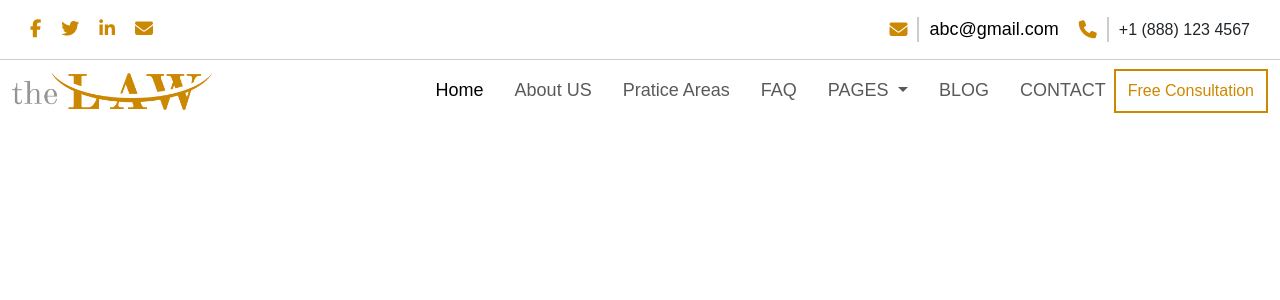
Repository: arehmanraza/lawyer_website
Page: Pages/index.html
These files come from the project's save history. The page is drawn as it stood at one moment and after the next save; the edit follows.
The browser window is 1280 px wide. The pictures show the whole page.
Some web libraries are served in a nearby version.

Above is the page before, as saved 2024-05-22 01:53:37.

After the next save:
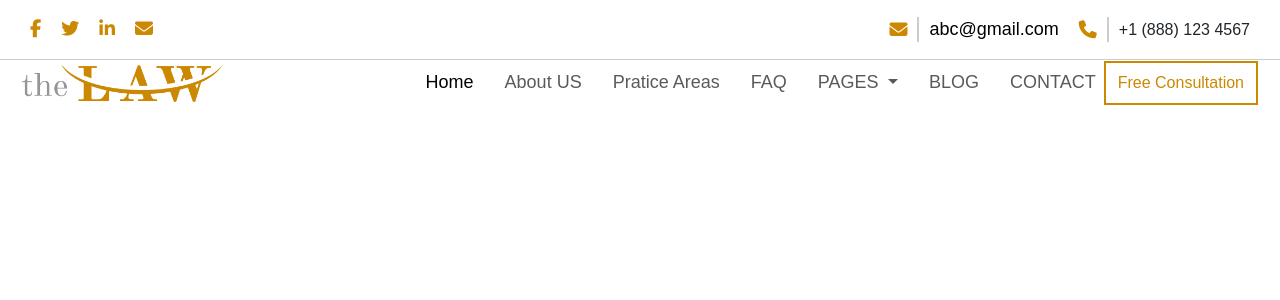
Saved 9 s later.
--- a/Styling/style.css
+++ b/Styling/style.css
@@ -81,5 +81,5 @@
     font-size: 18px !important;
 }
 .navbar{
-    padding: ;
+    padding: 0px 10px !important;
 }
